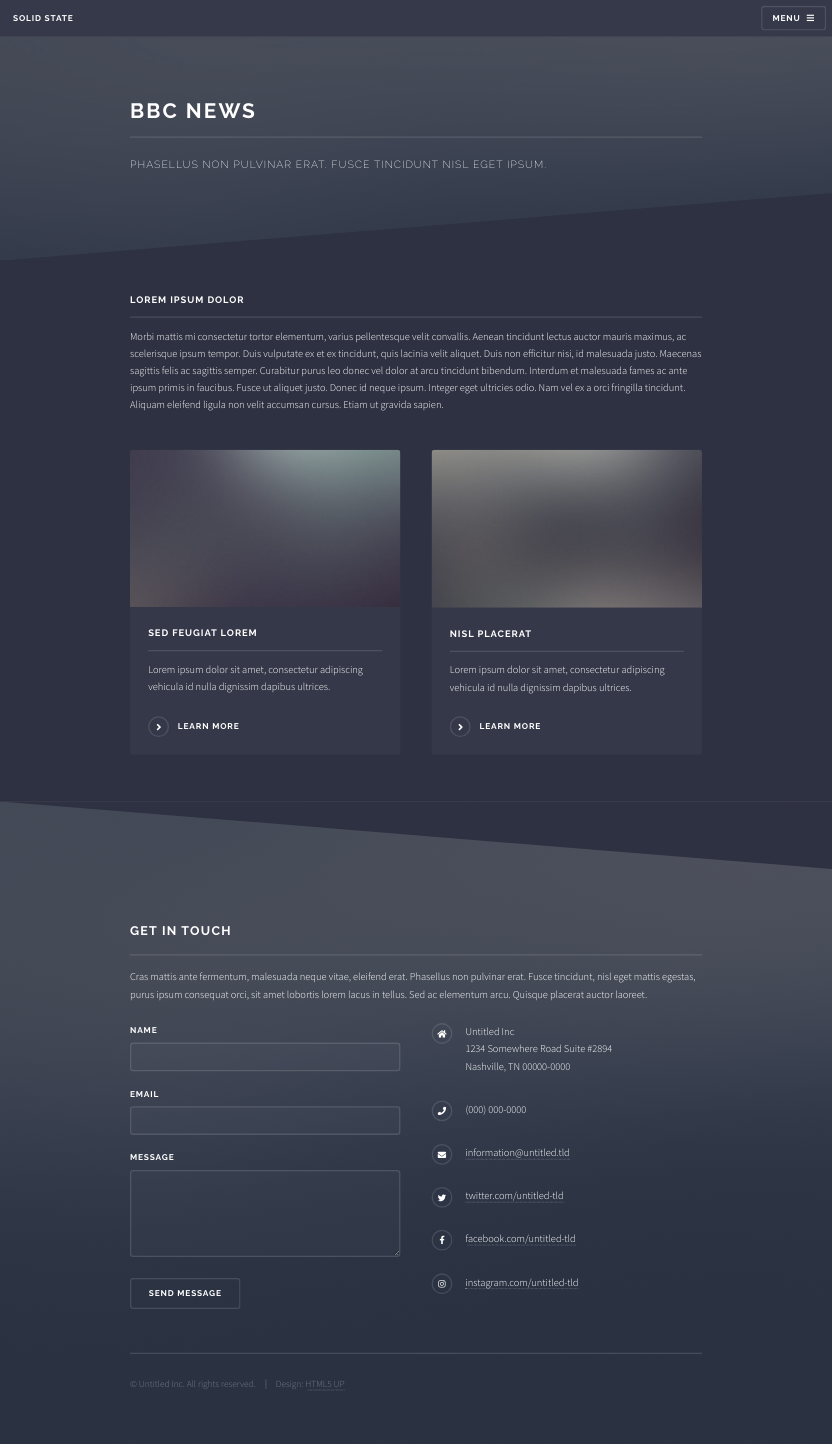
Repository: twoplus/solid_state_gr4
Page: generic.html
The author's editor kept a copy of each file at every save. The page is drawn from the files as they stood at one save, then again after the next save.
The browser window is 1280 px wide. The pictures show the whole page, at 65% of full size.
Backgrounds fixed to the window are drawn as part of the page.

Above is the page before, as saved 2020-02-22 12:51:00.

After the next save:
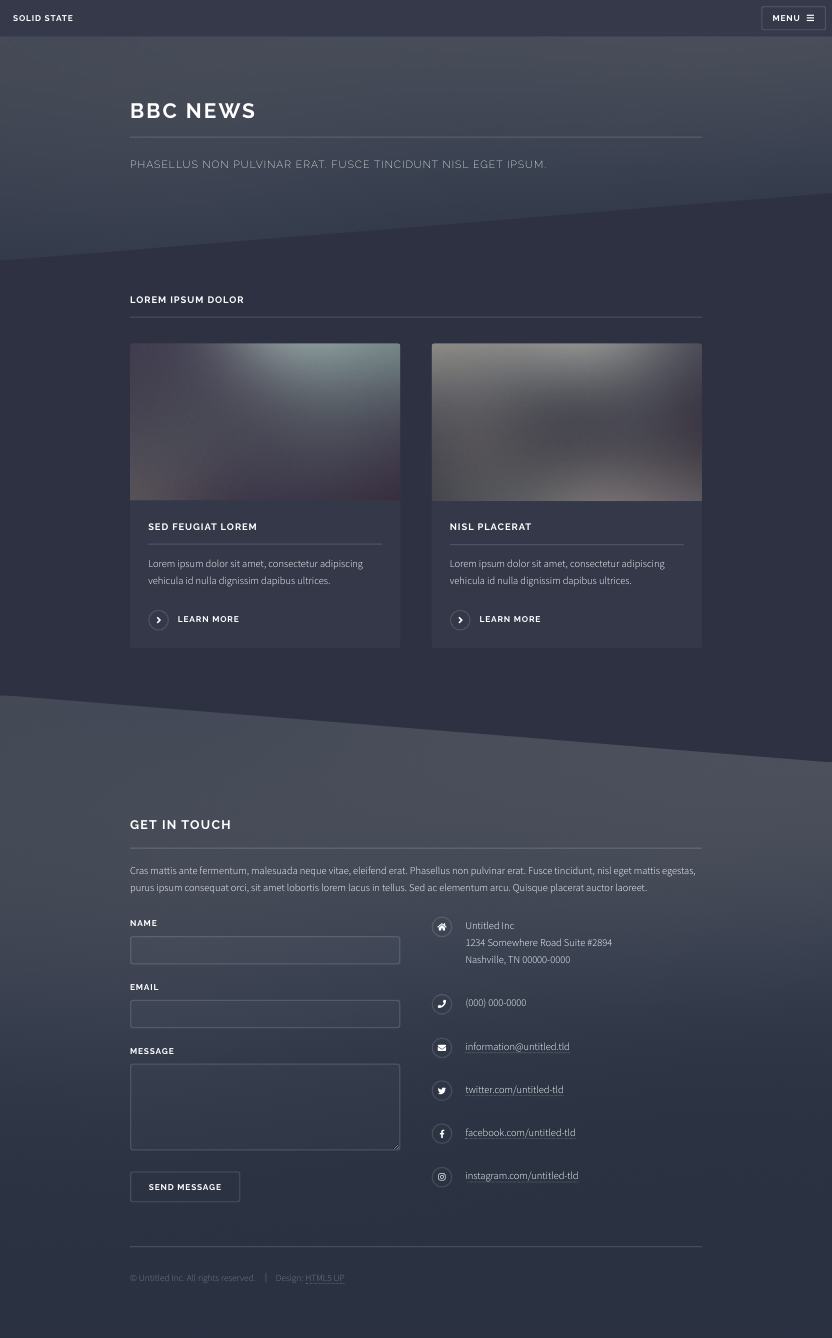
Saved 5 s later.
--- a/generic.html
+++ b/generic.html
@@ -54,7 +54,6 @@
 								<div class="inner">
 
 									<h3 class="major">Lorem ipsum dolor</h3>
-									<p>Morbi mattis mi consectetur tortor elementum, varius pellentesque velit convallis. Aenean tincidunt lectus auctor mauris maximus, ac scelerisque ipsum tempor. Duis vulputate ex et ex tincidunt, quis lacinia velit aliquet. Duis non efficitur nisi, id malesuada justo. Maecenas sagittis felis ac sagittis semper. Curabitur purus leo donec vel dolor at arcu tincidunt bibendum. Interdum et malesuada fames ac ante ipsum primis in faucibus. Fusce ut aliquet justo. Donec id neque ipsum. Integer eget ultricies odio. Nam vel ex a orci fringilla tincidunt. Aliquam eleifend ligula non velit accumsan cursus. Etiam ut gravida sapien.</p>
 
 
 									<section class="features">
